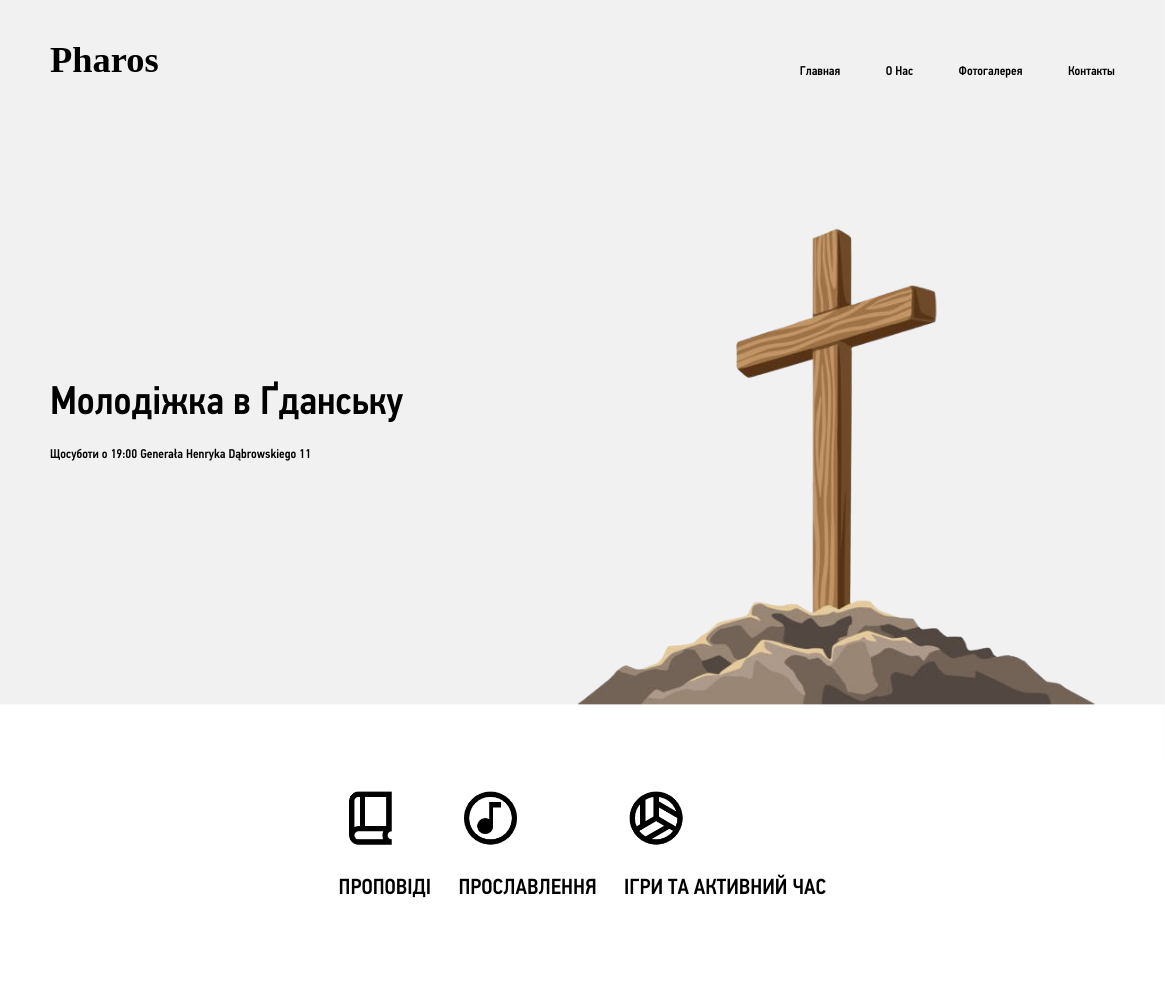
Repository: Bohdan-Sandovenko/youth-project
Page: index.html
These files come from the project's save history. The page is drawn as it stood at one moment and after the next save; the edit follows.
The browser window is 1280 px wide. The pictures show the whole page, at 91% of full size.
Some web fonts or font styles are not loaded; a fallback is used. The style sheet was rebuilt from its Sass, Less or Tailwind sources for each picture, by a compiler version that may differ from the author's.

Above is the page before, as saved 2024-09-11 09:39:40.

After the next save:
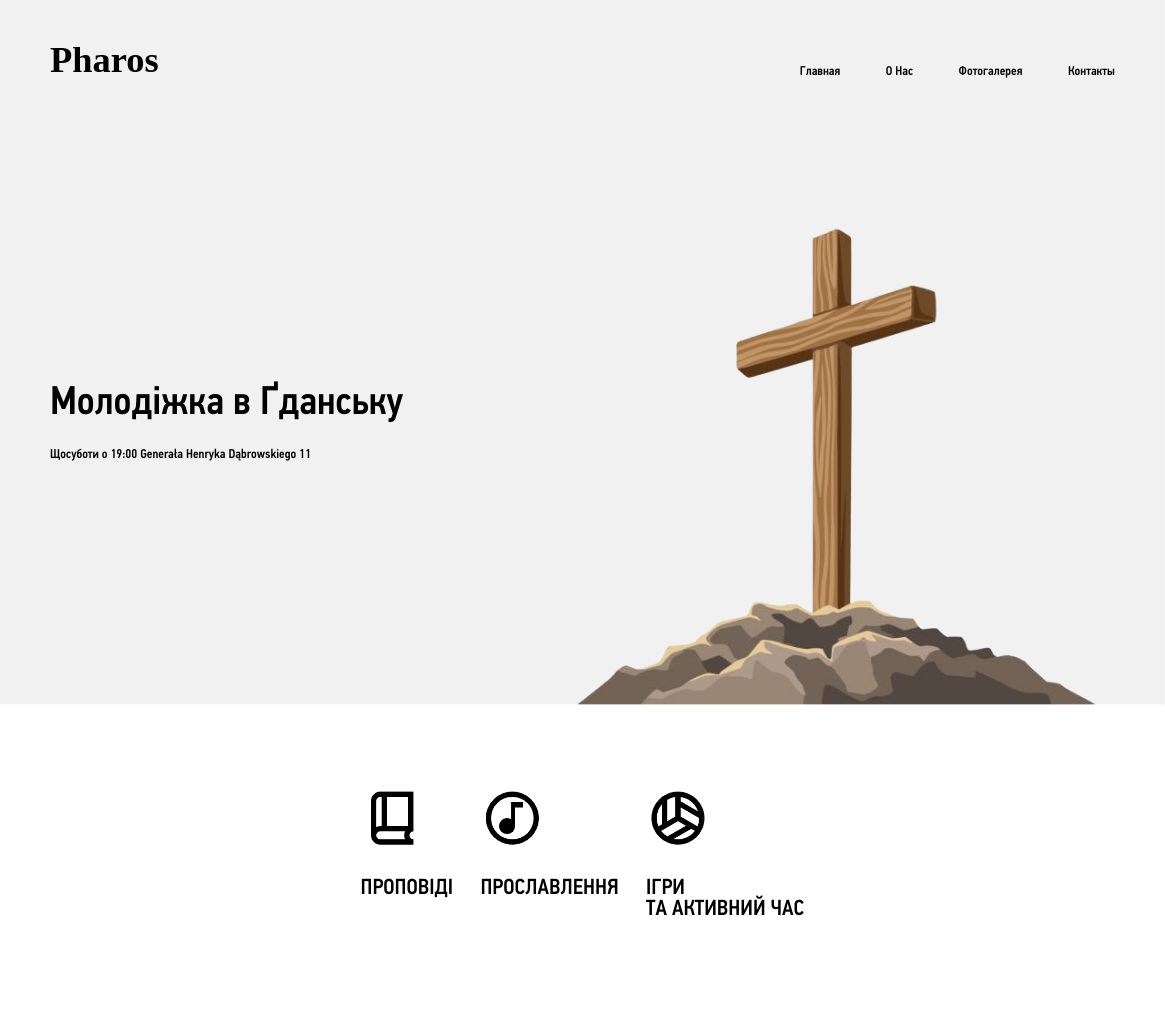
Saved 12 s later.
--- a/index.html
+++ b/index.html
@@ -49,7 +49,7 @@
 
                 <div class="service-card">
                     <img class='service-card-img' src="./img/icons/active-games.png" alt="">
-                    <h3 class="service-card-title">Ігри та активний час</h3>
+                    <h3 class="service-card-title">Ігри <br>та активний час</h3>
                 </div>
             </div>
         </div>
